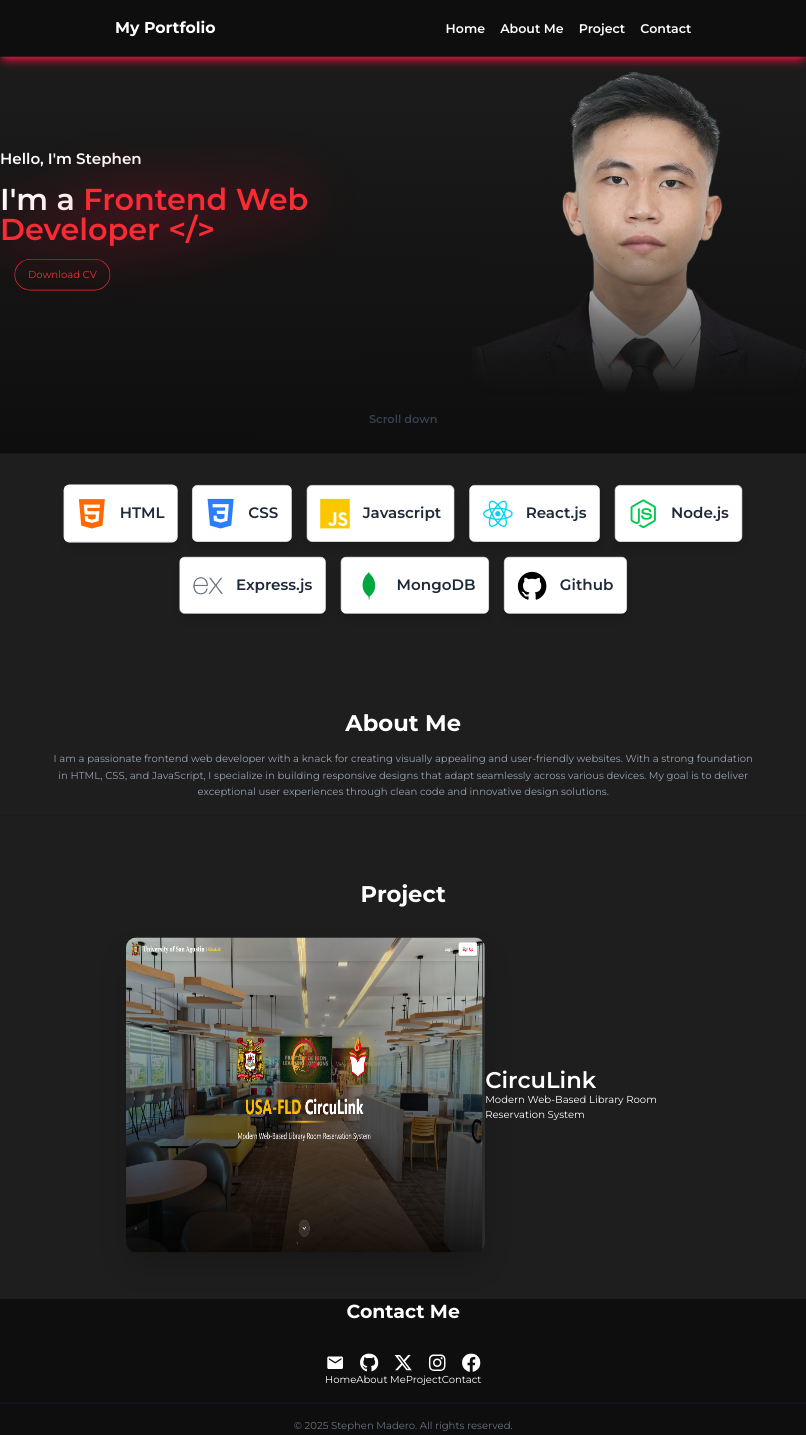
Repository: KaguyaKawaii/portfolio
Page: / (app in frontend/)
These files come from the project's save history. The page is drawn as it stood at one moment and after the next save; the edit follows.
The browser window is 1280 px wide. The pictures show the whole page, at 63% of full size.
Some web libraries are served in a nearby version. The project was rebuilt for these pictures with package versions that can differ from the ones it lists, and the page was loaded fresh each time. Also part of the build but not shown: frontend/vite.config.js.

Above is the page before, as saved 2025-10-28 23:56:10.

### frontend/src/main.jsx
import { StrictMode } from 'react'
import { createRoot } from 'react-dom/client'
import './index.css'
import App from './App.jsx'
import "devicon/devicon.min.css";



createRoot(document.getElementById('root')).render(
  <StrictMode>
    <App />
  </StrictMode>,
)

### frontend/src/index.css
/* ✅ 1️⃣ Google Fonts first */
@import url('https://fonts.googleapis.com/css2?family=Montserrat:wght@400;500;600;700&display=swap');

/* ✅ 2️⃣ Then Tailwind (only once) */
@import "tailwindcss";

/* ✅ 3️⃣ Optional: your own CSS rules */
body {
  font-family: 'Montserrat', sans-serif;
}

html {
  scroll-behavior: smooth;
}

### frontend/src/App.jsx
import { useState } from 'react'
import pic from './assets/image.png'
import project from './assets/project.png'
import project2 from './assets/project2.png'
import { FaGithub, FaInstagram, FaFacebook } from "react-icons/fa";
import { FaXTwitter } from "react-icons/fa6";
import { MdEmail } from "react-icons/md";


function App() {

  return (
    <>
      <header className='bg-[#0F0E0E] h-[90px] w-full shadow-lg shadow-[#dc143c] absolute top-0 z-50'>
        <div className='flex justify-around items-center h-full text-white'>
          <h1 className='font-bold font-montserrat text-[25px]'>My Portfolio</h1>

          <div className='flex font-montserrat gap-6 font-semibold text-[20px]'>

            <button
              onClick={() => {
                document.getElementById("home").scrollIntoView();
              }}
              className="hover:text-red-500 duration-300 cursor-pointer"
            >

            <p className=''>Home</p>
            </button>

            <button
              onClick={() => {
                document.getElementById("about").scrollIntoView();
              }}
              className="hover:text-red-500 duration-300 cursor-pointer"
            >

            <p>About Me</p>
            </button>

            <button
              onClick={() => {
                document.getElementById("project").scrollIntoView();
              }}
              className="hover:text-red-500 duration-300 cursor-pointer"
            >

            <p>Project</p>
            </button>

            <button
              onClick={() => {
                document.getElementById("contact").scrollIntoView();
              }}
              className="hover:text-red-500 duration-300 cursor-pointer"
            >

            <p>Contact</p>
            </button>
          </div>
        </div>
      </header>

      <body className='bg-linear-180 from-[#1E1E1E] to-[#0F0E0E] h-screen text-white'>
        <div id='home' className='flex justify-around items-center h-screen'>
          <div>
            <div className='text-2xl'>
              <h1 className='font-semibold'>Hello, I'm Stephen</h1>

            </div>
            <div className='mt-6 animate-fade-in'>
              <p className='font-semibold text-5xl'>I'm a  <span className="drop-shadow-[0_0_50px_#dc143c] text-red-500 animate-pulse">Frontend Web Developer &lt;/&gt;</span></p>

              <div className='m-6'>

                  <p className='ring-1 ring-red-500 text-red-500 rounded-3xl w-[150px] p-3 text-center hover:text-gray-800 hover:bg-white hover:ring-gray-800 transition-all duration-300 cursor-pointer'>Download CV</p>

              </div>

            </div>
          </div>

          <div className=''>
          <img
            src={pic}
            alt="profile"
            className="w-full h-full object-cover rounded-4xl"
            style={{
              maskImage: "linear-gradient(to bottom, black 50%, transparent 100%)",
              WebkitMaskImage: "linear-gradient(to bottom, black 50%, transparent 100%)",
            }}
          />
          </div>
        </div>

        <div className='flex justify-center items-center text-gray-700 text-lg font-montserrat font-semibold animate-pulse absolute bottom-10 w-full'>
          Scroll down
        </div>

          {/* Body 2 */}
          <div className='h-full w-full pt-20 pb-20 bg-[#1E1E1E] '>

            <div className='flex gap-6 justify-center items-center h-[20vh] font-semibold text-3xl text-white'>
              <div className="flex flex-wrap gap-6 justify-center">

                <div className="flex flex-wrap gap-6 justify-center text-white">
                  {/* HTML5 */}
                  <div className="flex items-center hover:scale-110 transition-all ring-1 hover:ring-red-100 rounded-lg p-5 gap-5 bg-white shadow-lg hover:shadow-red-500 duration-500">
                    <i className="devicon-html5-plain text-orange-500 text-5xl"></i>
                    <p className='text-2xl text-gray-800 font-semibold'>HTML</p>
                  </div>

                  {/* CSS3 */}
                  <div className="flex items-center hover:scale-110 transition-transform border rounded-lg p-5 gap-5 bg-white shadow-lg hover:shadow-red-500 duration-500">
                    <i className="devicon-css3-plain text-blue-500 text-5xl"></i>
                    <p className='text-2xl text-gray-800 font-semibold'>CSS</p>
                  </div>

                  {/* JavaScript */}
                  <div className="flex items-center hover:scale-110 transition-transform border rounded-lg p-5 gap-5 bg-white shadow-lg hover:shadow-red-500 duration-500">
                    <i className="devicon-javascript-plain text-yellow-400 text-5xl"></i>
                    <p className='text-2xl text-gray-800 font-semibold'>Javascript</p>
                  </div>

                  {/* React.js */}
                  <div className="flex items-center hover:scale-110 transition-transform border rounded-lg p-5 gap-5 bg-white shadow-lg hover:shadow-red-500 duration-500">
                    <i className="devicon-react-original text-cyan-400 text-5xl"></i>
                    <p className='text-2xl text-gray-800 font-semibold'>React.js</p>
                  </div>



                  {/* Node.js */}
                  <div className="flex items-center hover:scale-110 transition-transform border rounded-lg p-5 gap-5 bg-white shadow-lg hover:shadow-red-500 duration-500">
                    <i className="devicon-nodejs-plain text-green-500 text-5xl"></i>
                    <p className='text-2xl text-gray-800 font-semibold'>Node.js</p>
                  </div>

                  {/* Express.js */}
                  <div className="flex items-center hover:scale-110 transition-transform border rounded-lg p-5 gap-5 bg-white shadow-lg hover:shadow-red-500 duration-500">
                    <i className="devicon-express-original text-gray-500 text-5xl"></i>
                    <p className='text-2xl text-gray-800 font-semibold'>Express.js</p>
                  </div>

                  {/* MongoDB */}
                  <div className="flex items-center hover:scale-110 transition-transform border rounded-lg p-5 gap-5 bg-white shadow-lg hover:shadow-red-500 duration-500">
                    <i className="devicon-mongodb-plain text-green-600 text-5xl"></i>
                    <p className='text-2xl text-gray-800 font-semibold'>MongoDB</p>
                  </div>

                  {/* GitHub */}
                  <div className="flex items-center hover:scale-110 transition-transform border rounded-lg p-5 gap-5 bg-white shadow-lg hover:shadow-red-500 duration-500">
                    <i className="devicon-github-original text-black text-5xl"></i>
                    <p className='text-2xl text-gray-800 font-semibold'>Github</p>

                  </div>
                </div>

              </div>

            </div>



          </div>

          <div id='about' className='h-full pt-6 pb-6 bg-[#1E1E1E]'>
              <h1 className='text-white font-montserrat text-4xl font-bold text-center pt-20'>About Me</h1>
              <p className='text-gray-400 font-montserrat text-center mt-6 mx-20 leading-relaxed'>
                I am a passionate frontend web developer with a knack for creating visually appealing and user-friendly websites. With a strong foundation in HTML, CSS, and JavaScript, I specialize in building responsive designs that adapt seamlessly across various devices. My goal is to deliver exceptional user experiences through clean code and innovative design solutions.
              </p>

          </div>

          <div id='project' className='h-full pt-6 pb-6 bg-[#1E1E1E]'>

            <h1 className='text-white font-montserrat text-4xl font-bold text-center pt-20'>Project</h1>

              <div className='flex flex-col'>
                <div className='flex items-center justify-between mx-50  h-[600px]'>

                  <div>
                    <a href="https://circulink-beta-testing.vercel.app/" target="_blank" rel="">
                    <img src={project}
                    className='rounded-2xl shadow-2xl hover:shadow-red-800 transition-all duration-500 hover:scale-110 w-[800px] h-[500px]'
                    alt="" />
                    </a>
                  </div>

                  <div className=''>
                    <h1 className='text-4xl font-semibold' >CircuLink</h1>
                    <p>Modern Web-Based Library Room Reservation System</p>
                  </div>

                </div>

                {/* <div className='flex items-center justify-between mx-50  h-[600px]'>
                   <div className='text-left'>
                    <h1 className='text-4xl font-semibold' >DeliverDash</h1>
                    <p>Fast and Reliable Delivery Services</p>
                  </div>

                  <div>
                    <img src={project2}
                    className='rounded-2xl  shadow-2xl hover:shadow-red-800 transition-all duration-500 hover:scale-110 w-[800px] h-[500px]'
                    alt="" />
                  </div>



                </div> */}


              </div>


          </div>

          <div id="contact" className="h-[30vh] flex flex-col items-center justify-center bg-[#0F0E0E] text-white text-center">
            <h2 className="text-3xl font-bold mb-6">Contact Me</h2>


            <div className="flex justify-center gap-6 text-3xl mt-6">
              {/* Email */}
              <a
                href="mailto:stephenmadero.dev@gmail.com"
                className="hover:text-[#dc143c] transition"
              >
                <MdEmail />
              </a>

              {/* GitHub */}
              <a
                href="https://github.com/stephenmadero"
                target="_blank"
                rel="noopener noreferrer"
                className="hover:text-[#dc143c] transition"
              >
                <FaGithub />
              </a>

              {/* Twitter */}
              <a
                href="https://twitter.com/stephenmadero"
                target="_blank"
                rel="noopener noreferrer"
                className="hover:text-[#dc143c] transition"
              >
                <FaXTwitter />
              </a>

              {/* Instagram */}
              <a
                href="https://instagram.com/stephenmadero"
                target="_blank"
                rel="noopener noreferrer"
                className="hover:text-[#dc143c] transition"
              >
                <FaInstagram />
              </a>

              {/* Facebook */}
              <a
                href="https://facebook.com/stephenmadero"
                target="_blank"
                rel="noopener noreferrer"
                className="hover:text-[#dc143c] transition"
              >
                <FaFacebook />
              </a>
            </div>

            <div>
              <button
              onClick={() => {
                document.getElementById("home").scrollIntoView();
              }}
              className="hover:text-red-500 duration-300 cursor-pointer"
            >

            <p className=''>Home</p>
            </button>

            <button
              onClick={() => {
                document.getElementById("about").scrollIntoView();
              }}
              className="hover:text-red-500 duration-300 cursor-pointer"
            >

            <p>About Me</p>
            </button>

            <button
              onClick={() => {
                document.getElementById("project").scrollIntoView();
              }}
              className="hover:text-red-500 duration-300 cursor-pointer"
            >

            <p>Project</p>
            </button>

            <button
              onClick={() => {
                document.getElementById("contact").scrollIntoView();
              }}
              className="hover:text-red-500 duration-300 cursor-pointer"
            >

            <p>Contact</p>
            </button>
            </div>

            <div className='border-t-2 w-full mt-6 border-gray-900'>
              <p className="mt-6 text-gray-500">© 2025 Stephen Madero. All rights reserved.</p>
            </div>
          </div>

      </body>




    </>
  )
}

export default App

Loaded but not shown: frontend/index.html (common file)

After the next save:
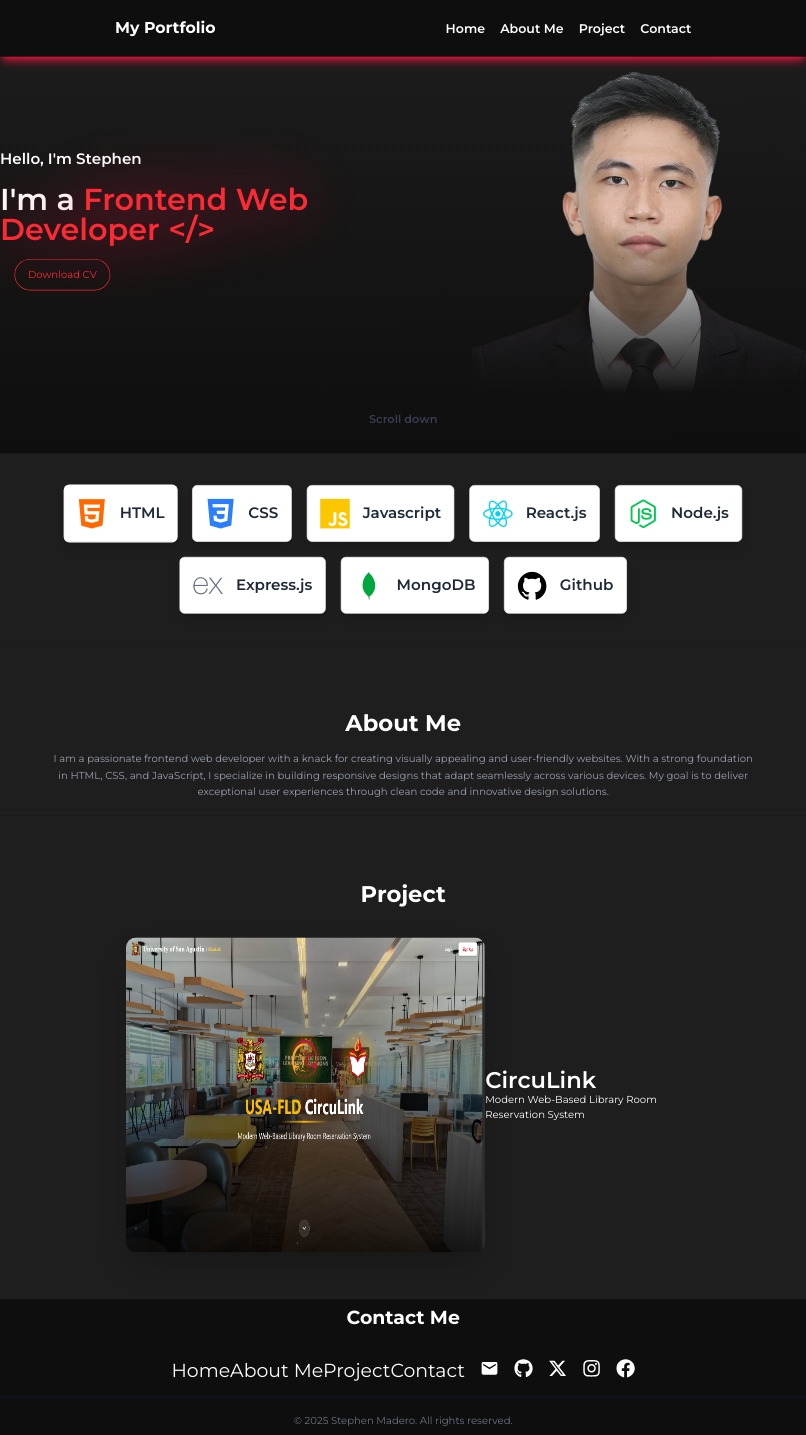
Saved 14 s later.
--- a/frontend/src/App.jsx
+++ b/frontend/src/App.jsx
@@ -220,6 +220,50 @@
 
 
             <div className="flex justify-center gap-6 text-3xl mt-6">
+
+
+                  <div>
+              <button
+              onClick={() => {
+                document.getElementById("home").scrollIntoView();
+              }}
+              className="hover:text-red-500 duration-300 cursor-pointer"
+            >
+
+            <p className=''>Home</p>
+            </button>
+
+            <button
+              onClick={() => {
+                document.getElementById("about").scrollIntoView();
+              }}
+              className="hover:text-red-500 duration-300 cursor-pointer"
+            >
+
+            <p>About Me</p>
+            </button>
+
+            <button
+              onClick={() => {
+                document.getElementById("project").scrollIntoView();
+              }}
+              className="hover:text-red-500 duration-300 cursor-pointer"
+            >
+
+            <p>Project</p>
+            </button>
+
+            <button
+              onClick={() => {
+                document.getElementById("contact").scrollIntoView();
+              }}
+              className="hover:text-red-500 duration-300 cursor-pointer"
+            >
+
+            <p>Contact</p>
+            </button>
+            </div>
+
               {/* Email */}
               <a
                 href="mailto:stephenmadero.dev@gmail.com"
@@ -269,47 +313,7 @@
               </a>
             </div>
 
-            <div>
-              <button
-              onClick={() => {
-                document.getElementById("home").scrollIntoView();
-              }}
-              className="hover:text-red-500 duration-300 cursor-pointer"
-            >
-
-            <p className=''>Home</p>
-            </button>
-
-            <button
-              onClick={() => {
-                document.getElementById("about").scrollIntoView();
-              }}
-              className="hover:text-red-500 duration-300 cursor-pointer"
-            >
-
-            <p>About Me</p>
-            </button>
-
-            <button
-              onClick={() => {
-                document.getElementById("project").scrollIntoView();
-              }}
-              className="hover:text-red-500 duration-300 cursor-pointer"
-            >
-
-            <p>Project</p>
-            </button>
-
-            <button
-              onClick={() => {
-                document.getElementById("contact").scrollIntoView();
-              }}
-              className="hover:text-red-500 duration-300 cursor-pointer"
-            >
-
-            <p>Contact</p>
-            </button>
-            </div>
+
 
             <div className='border-t-2 w-full mt-6 border-gray-900'>
               <p className="mt-6 text-gray-500">© 2025 Stephen Madero. All rights reserved.</p>
